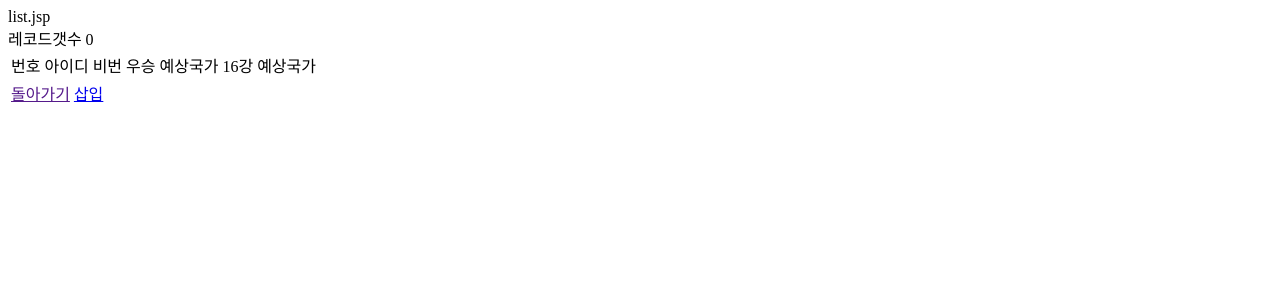
Repository: ChanhoPark-s/academyStudy
Page: http://localhost/12_DB_Football/list
The author's editor kept a copy of each file at every save. The page is drawn from the files as they stood at one save, then again after the next save.
The browser window is 1280 px wide. The pictures show the whole page.
The page is served by Tomcat 9. Queries for data that is not in the repository find no rows.

Above is the page before, as saved 2022-08-22 05:36:44.

After the next save:
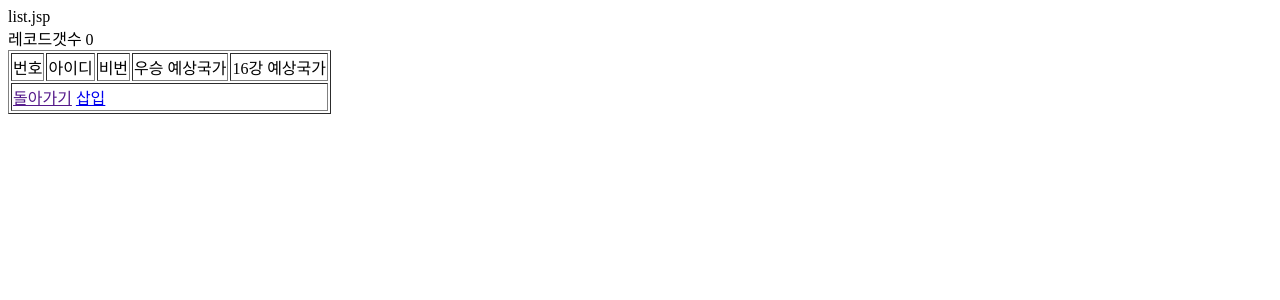
Saved 18 s later.
--- a/12_DB_Football/src/main/webapp/WEB-INF/views/list.jsp
+++ b/12_DB_Football/src/main/webapp/WEB-INF/views/list.jsp
@@ -7,7 +7,7 @@
     list.jsp<br>
 
     레코드갯수 ${fn:length(lists) }
-    <table style="border: 1px ">
+    <table border="1">
     	<tr>
     		<td>번호</td>
     		<td>아이디</td>
